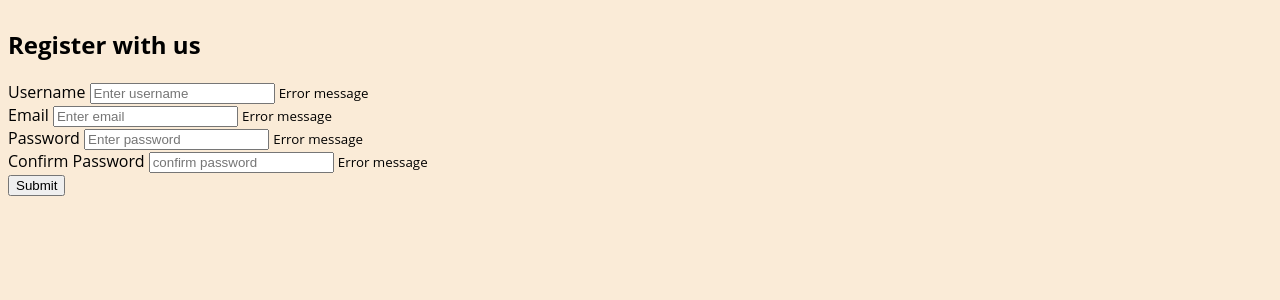
Repository: Azariagmt/Vanilla-javascript
Page: Form-Validator/index.html
These files come from the project's save history. The page is drawn as it stood at one moment and after the next save; the edit follows.
The browser window is 1280 px wide. The pictures show the whole page.

Above is the page before, as saved 2020-04-18 21:35:58.

After the next save:
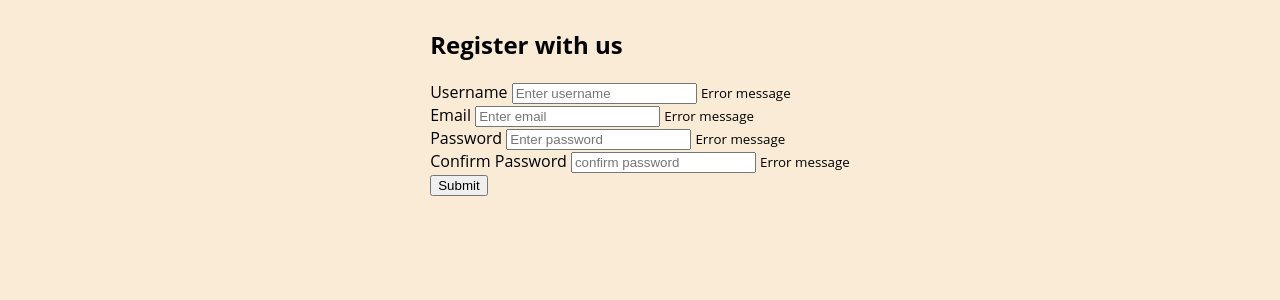
Saved 4 s later.
--- a/Form-Validator/style.css
+++ b/Form-Validator/style.css
@@ -8,5 +8,5 @@ body{
     font-family: 'Open Sans', sans-serif;
     display: flex;
     align-items: center;
-    j
+    justify-content: center;
 }
